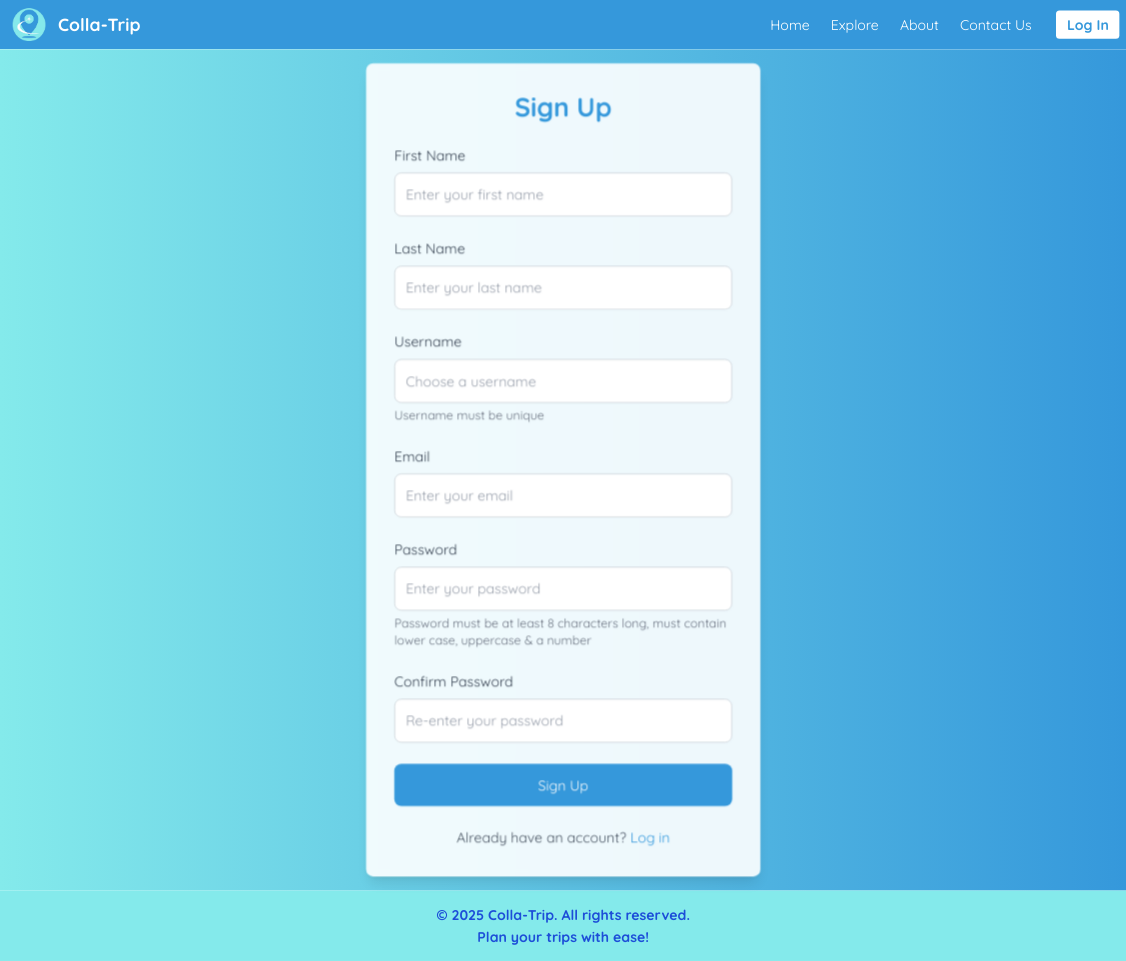
Repository: khuynh134/Colla-Trip
Page: /signuppage
An editor plug-in stored every save of this project. The page is shown before and after the next save, followed by the edit.
The browser window is 1280 px wide. The pictures show the whole page, at 88% of full size.
The project was rebuilt for these pictures with package versions that can differ from the ones it lists, and the page was loaded fresh each time. The framework's server and built-in components were replaced by stand-ins that run in the browser. Also part of the build but not shown: svelte.config.js, vite.config.ts.

Above is the page before, as saved 2025-04-27 12:57:39.

After the next save:
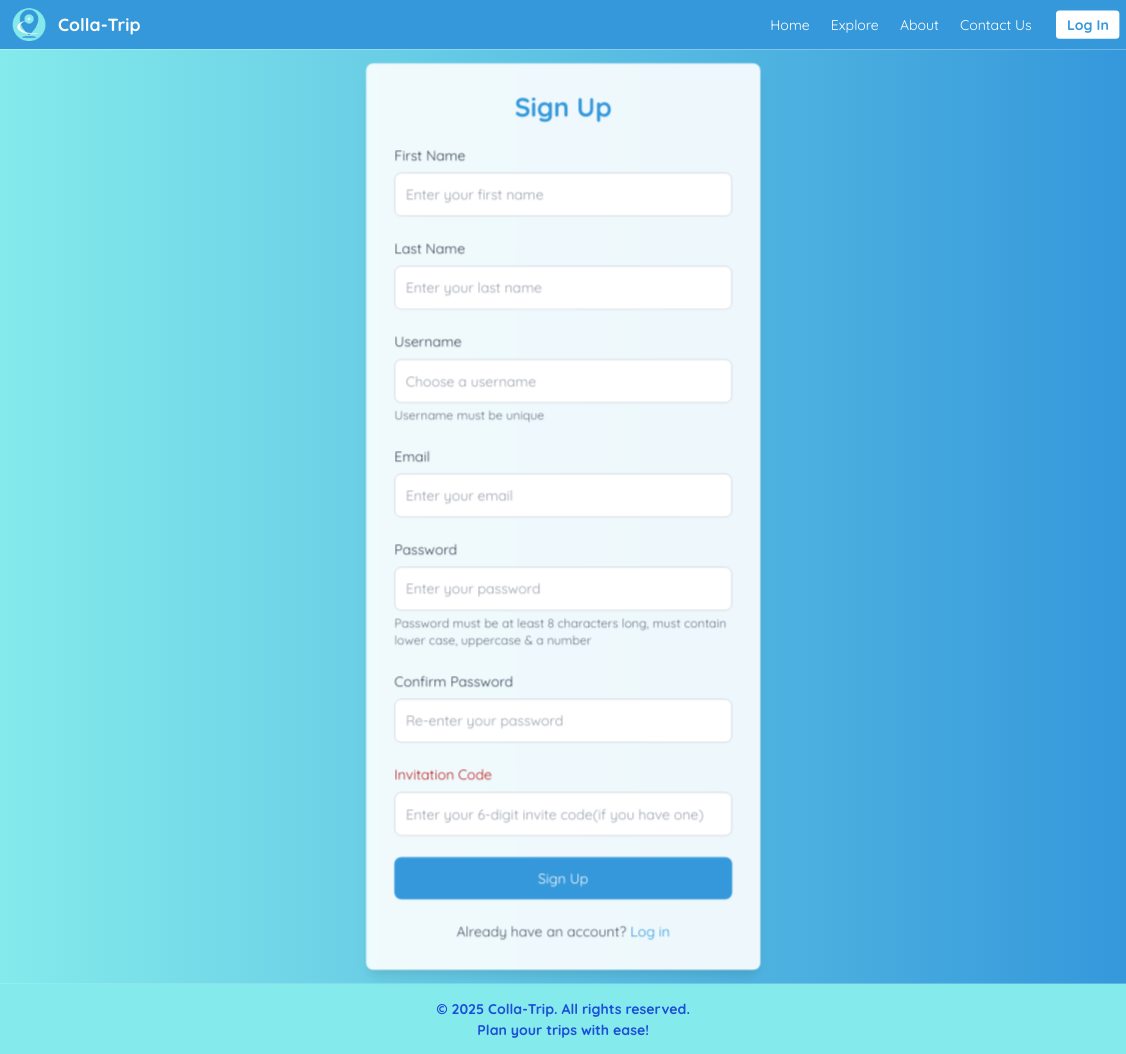
Saved 11 min 28 s later.
--- a/src/routes/signuppage/+page.svelte
+++ b/src/routes/signuppage/+page.svelte
@@ -6,7 +6,8 @@
     import { page } from '$app/stores';
 
     let token = '';
-    $: token = $page.url.searchParams.get('token') || '';  // ✅ reactive!
+    $: token = $page.url.searchParams.get('token') || '';
+    let inviteCode = '';
 
     // Form state
     let firstName = '';
@@ -108,6 +109,8 @@
         {/if}
 
         <form on:submit={handleSignUp} class="space-y-6">
+
+
             <div>
                 <label for="firstName" class="block text-gray-700 mb-2">First Name</label>
                 <input
@@ -181,6 +184,17 @@
                     class="w-full p-3 border border-gray-300 rounded-lg focus:ring-2 focus:ring-[#3598db] focus:border-transparent"
                     required
                     minlength="8"
+                />
+            </div>
+            <div>
+                <label for="inviteCode" class="block text-red-700 mb-2">Invitation Code</label>
+                <input
+                    id="inviteCode"
+                    type="text"
+                    bind:value={inviteCode}
+                    placeholder="Enter your 6-digit invite code(if you have one)"
+                    class="w-full p-3 border border-gray-300 rounded-lg focus:ring-2 focus:ring-[#3598db] focus:border-transparent"
+                    required
                 />
             </div>
 
